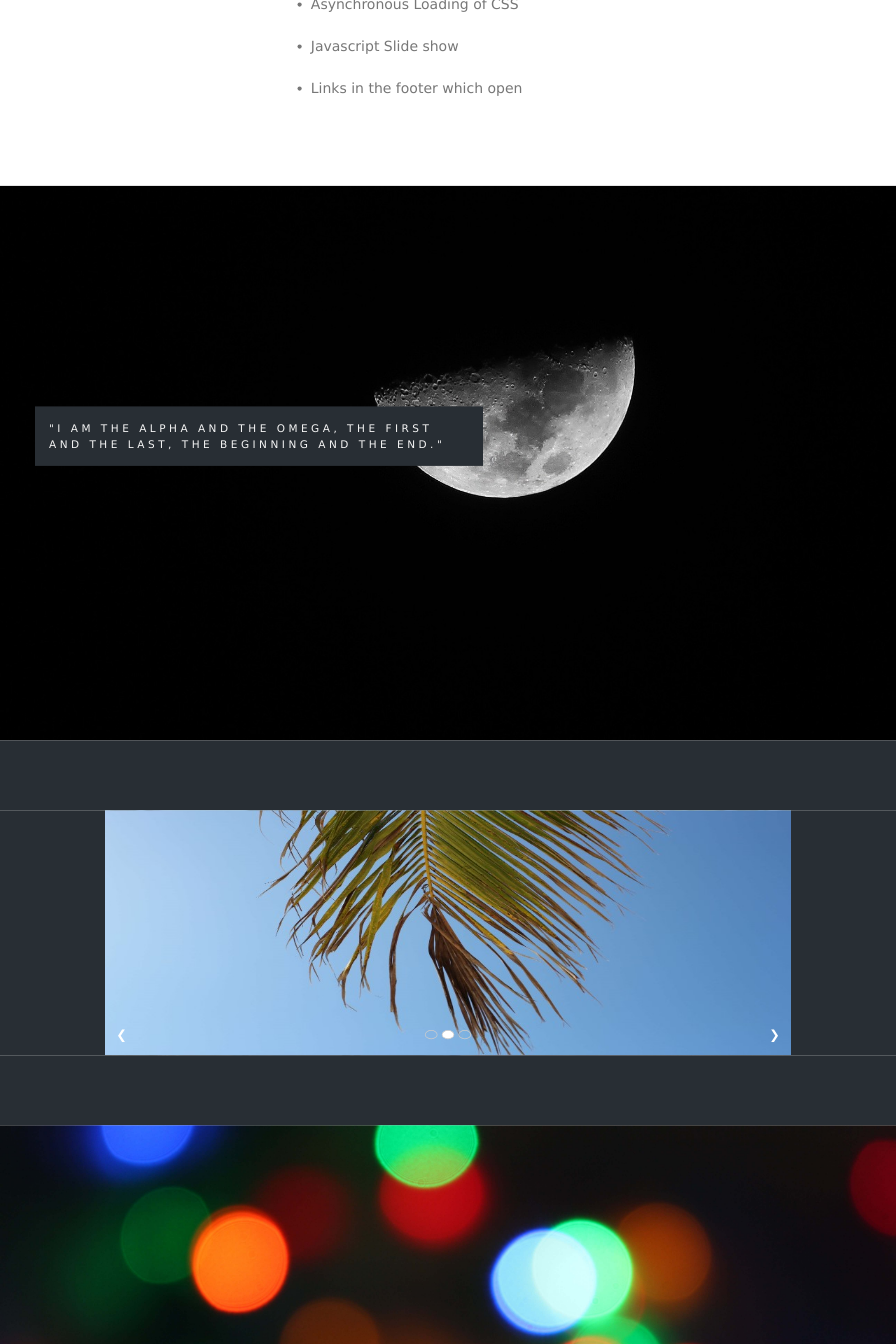
Repository: Jasondhillon/jasondhillon.github.io
Page: index.html
An editor plug-in stored every save of this project. The page is shown before and after the next save, followed by the edit.
The browser window is 1280 px wide. The pictures show the part of the page from y = 1442 to 3362 px (the page is 4111 px tall before and 4096 px after), at 70% of full size.
Backgrounds fixed to the window are drawn as part of the page.

Above is the page before, as saved 2020-04-07 17:33:13.

### index.html
<!DOCTYPE html>
<html>
<head>
  <title>Welcome</title>
  <meta name="viewport" content="width=device-width, initial-scale=1">
  <meta name="robots" content="noindex, nofollow">
  <style>
    /*Above the fold*/
      html, body{width:100%; height: 100%; font-family: 'Ubuntu', sans-serif; color: whitesmoke;}

      .parallax{
      height:110%;
      background-attachment: fixed;
      background-position: center;
      background-repeat: no-repeat;
      background-size: cover;
      z-index: -5;
      }

      .topnav {
      position: absolute;
      overflow: hidden;
      }

      .topnav a {
      float: left;
      display: block;
      color: white;
      text-align: center;
      padding: 22px 21px;
      text-decoration: none;
      text-shadow: 0px 0px 10px black;
      font-size: 20px;
      }


      .topnav a:hover {
      background-color: #ddd;
      color: black;
      text-shadow: none;
      }

      .topnav .icon {
      display: none;
      color: white;
      }

      #welcome{
      text-align: center;
      position: absolute;
      left:0;
      width:100%;
      top:40%;
    }

    /*Mobile Media Query*/
      @media screen and (max-width:770px){
        html{overflow-x: hidden}
        /*Change Parallax to use smaller images*/
        .parallax{background-attachment: scroll;}
        #parallax1{background-image: url(../img/mosaic_small.jpg) !important;}
        #parallax2{background-image: url(../img/moon4_small2.jpg) !important; }
        #parallax3{background-image: url(../img/blur_small.jpg) !important;}

        /*Change Navbar to become hamburger menu*/
        .topnav a:not(:last-child) {
            display: none;
        }

        .topnav{
            min-height:100px;
            position: relative;
        }
        .topnav a.icon {
            position: absolute;
            right: 0;
            display: block;

        }
        .topnav.responsive {
            position: relative;
        }
        .topnav.responsive .icon {
            position: absolute;
            right: 0;
            top: 0;
        }
        .topnav.responsive a {
            float: none;
            display: block;
            text-align: left;
        }
      }
  </style>
  <!-- Async Script -->
    <noscript id="deferred-styles">
      <link rel="stylesheet" type="text/css" href="css/stylesheet.css"/>
      <link rel="stylesheet" href="https://www.w3schools.com/w3css/4/w3.css">
      <link rel="stylesheet" href="https://fonts.googleapis.com/css?family=Lato">
    </noscript>
    <script>
      var loadDeferredStyles = function() {
        var addStylesNode = document.getElementById("deferred-styles");
        var replacement = document.createElement("div");
        replacement.innerHTML = addStylesNode.textContent;
        document.body.appendChild(replacement)
        addStylesNode.parentElement.removeChild(addStylesNode);
      };
      var raf = requestAnimationFrame || mozRequestAnimationFrame ||
          webkitRequestAnimationFrame || msRequestAnimationFrame;
      if (raf) raf(function() { window.setTimeout(loadDeferredStyles, 0); });
      else window.addEventListener('load', loadDeferredStyles);
    </script>

</head>

<body>
<!-- Parallax/Navbar -->
  <div id="parallax1" class="parallax" style=" z-index: 1; height:110%; background-image: url(img/mosaic.JPG);" >
    <!--p style="color:white; height:110%; z-index: -599; position: absolute;"> loading </p-->

    <nav class="topnav" id="myTopnav">
      <a href="">Home</a>
      <a href="photos/index.html">Photos</a>
      <a href="about/index.html">About</a>
      <a href="contact/index.html">Contact</a>
      <a href="alt/index.html">Alt Site</a>
      <a href="javascript:void(0);" style="font-size:25px;" class="icon" onclick="myFunction();">&#9776;</a>
  </nav>

      <script>
          function myFunction()
          {
            var temp;
            var temp2;
            clearInterval(temp);
            clearInterval(temp2);

            var x = document.getElementById("myTopnav");
            var y = document.getElementById("welcometext");

            if (x.className === "topnav")
            {
              x.className += " responsive";

              y.style.opacity = 1;
              var temp = setInterval(function()
              {
                if(y.style.opacity<= 0)
                {
                  y.style.opacity = 0;
                  clearInterval(temp);

                }
                else
                {
                  y.style.opacity-=.1;
                  console.log("subtracting");
                }
              }, 10);

            }
            else
            {
              x.className = "topnav";
              y.style.opacity = 0;
                var temp2 = setInterval(function()
                {
                  if(y.style.opacity>= 1)
                  {
                    y.style.opacity = 1;
                    clearInterval(temp2);

                  }
                  else
                  {
                    y.style.opacity = parseFloat(y.style.opacity) + .05;
                    console.log("adding");
                  }
                }, 10);

            }
          }
      </script>

    <div id="welcome">
      <p id="welcometext">welcome</p>

      <script>
      var x = document.getElementById("welcometext");
      var y = new Date().getHours();
       if(y<12) x.innerHTML = "Good Morning";
       else if(y==12) x.innerHTML = "Welcome";
       else x.innerHTML = "Good Afternoon";
      </script>
    </div>

  </div>

<!-- Quote  -->
  <div style="background-color: white; padding: 80px 50px; line-height: 30px;">
    <h1 style="text-align: center; color: #444; text-transform: uppercase;">Jason Dhillon's Portfolio </h1>
    <div >
    <p id="quote" style="text-align: center;">
      Hi there, welcome to my site, you will find various projects through the navbar at the top of the webpage.</p>
      <p id="quote">
        On this particular page of this site I am demonstrating:
      <ul id="quote">
        <li>Pure HTML/CSS/JS written without any libraries</li>
        <li> Javascript based welcome that gives a greeting based on the time of day (morning, evening, night)</li>
        <li>Parallax Effect</li>
        <li>Asynchronous Loading of CSS</li>
        <li>Javascript Slide show</li>
        <li>Links in the footer which open </li>
      </ul></p>
    </div>
  </div>

<!-- Parallax/Moon -->
  <div id="parallax2" class="parallax" style="background-image: url(img/moon4.JPG);">
    <div style="position: relative; left:50px; top:100px; width:50%;">
      <p id="moontext">
        "I am the Alpha and the Omega,
          the First and the Last,
            the Beginning and the End."</p>
      </div>
  </div>

<!-- Slide Show -->
  <div style="background-color: #282E34; height: 100px;"></div>
  <div style="background-color: #282E34;">
    <div class="w3-content w3-display-container" style="height:350px; overflow:hidden">
      <img class="mySlides" src="img/IMG_0911.JPG" style="z-Index:3">
      <img class="mySlides" src="img/IMG_0810.JPG" style="z-Index:2">
      <img class="mySlides" src="img/IMG_1858.JPG" style="z-Index:1">

    <!-- Slide Show Buttons -->
      <div class="w3-center w3-container w3-section w3-large w3-text-white w3-display-bottommiddle" style="width:100%; z-index:4;">
        <div class="w3-left w3-hover-text-khaki" onclick="plusDivs(-1)">&#10094;</div>
        <div class="w3-right w3-hover-text-khaki" onclick="plusDivs(1)">&#10095;</div>
        <span class="w3-badge demo w3-border w3-transparent w3-hover-white" onclick="currentDiv(1)"></span>
        <span class="w3-badge demo w3-border w3-transparent w3-hover-white" onclick="currentDiv(2)"></span>
        <span class="w3-badge demo w3-border w3-transparent w3-hover-white" onclick="currentDiv(3)"></span>
      </div>

      <!--Slide Show Script -->
        <script>
          var slideIndex = 0;
          var j = null;
          document.getElementsByClassName("demo")[slideIndex].className += " w3-white";
          var looper = setInterval(function(){if(j==null){showNextDivs(1+slideIndex);}}, 5000);

          function plusDivs(n) {
            if(looper!== null){
              clearInterval(looper);
              looper = null;
            }

            if(j==null){
            showNextDivs(n+slideIndex);
            }
          }
          function currentDiv(n) {
            if(looper!== null){
              clearInterval(looper);
              looper = null;
            }

            if(j==null){
              showDivs(n);
            }
          }
          //////////////////////////////////////////////////////
          function showDivs(n) {
            var prev = slideIndex;
            var next = n-1;
            var x = document.getElementsByClassName("mySlides");
            var dots = document.getElementsByClassName("demo");

            x[prev].style.zIndex = 3;

            x[next].style.zIndex = 2;

            for(var i = 0; i<x.length; i++){
              if((i!== prev) && (i!==next)){
                x[i].style.zIndex = 1;
              }

            }
              var opc = 1;
              j = setInterval(function(){
                  if (opc <= 0) {
                    x[next].style.zIndex = 3;
                    x[prev].style.zIndex = 2;
                    x[prev].style.opacity = 1;
                      clearInterval(j);
                      j=null;
                  } else {
                      opc-=.01;

                      x[prev].style.opacity = opc;
                  }
              }, 10);

              slideIndex = next;

            for (i = 0; i < dots.length; i++) {
              dots[i].className = dots[i].className.replace(" w3-white", "");
            }

            dots[next].className += " w3-white";
            x[prev].style.opacity = 1;
          }
          ////////////////////////////////////////////////////
          function showNextDivs(n) {
            var x = document.getElementsByClassName("mySlides");
            var dots = document.getElementsByClassName("demo");

            var prev = slideIndex;
            var next = n;
            if (n == -1) {next = 2}
            if (n == 3) {next = 0}
            var x = document.getElementsByClassName("mySlides");
            var dots = document.getElementsByClassName("demo");

            x[prev].style.zIndex = 3;

            x[next].style.zIndex = 2;

            for(var i = 0; i<x.length; i++){
              if((i!== prev) && (i!==next)){
                x[i].style.zIndex = 1;
              }

            }
              var opc = 1;
              j = setInterval(function(){
                  if (opc <= 0) {
                    x[next].style.zIndex = 3;
                    x[prev].style.zIndex = 2;
                    x[prev].style.opacity = 1;
                      clearInterval(j);
                      j=null;
                  } else {
                      opc-=.01;

                      x[prev].style.opacity = opc;
                  }
              }, 10);

              slideIndex = next;

            for (i = 0; i < dots.length; i++) {
              dots[i].className = dots[i].className.replace(" w3-white", "");
            }

            dots[next].className += " w3-white";
            x[prev].style.opacity = 1;

            console.log("Previous: " + prev + "\nslideIndex: " + slideIndex)
          }
        </script>

      </div>
    </div>
  </div>
  <div style="background-color: #282E34; height: 100px;"></div>


<!-- Skype Bot -->
  <span class="skype-button bubble " data-bot-id="2c2a7e41-040a-4fcd-b10a-2480ac3c488e"></span>
  <script src="https://swc.cdn.skype.com/sdk/v1/sdk.min.js"></script>

  <!-- Parallax -->
  <div id="parallax3" class="parallax" style="background-image: url(img/blur.JPG);">
  </div>

  <!-- Footer -->
  <footer class="footer">
    <table class="footer" cellspacing="0" cellpadding="0">

      <tr>
        <td>
          <p class="footer">SOCIAL</p>
          <ul class="footer">
            <li class="footer"><a  class="footer" href="https://www.facebook.com/"> <img src="img/facebook.svg" alt="" width="50px" height="50px"></li>
            <li class="footer"><a  class="footer" href="https://twitter.com/"> <img src="img/twitter.svg" alt="" width="50px" height="50px"></li>
            <li class="footer"><a class="footer" href="https://plus.google.com/+"> <img src="img/googleplus.svg" alt="" width="50px" height="50px"></li>
            <li class="footer"><a class="footer" href="https://www.instagram.com//"> <img src="img/instagram.svg" alt="" width="50px" height="50px"></li>
            <li class="footer"><a class="footer" href="https://www.youtube.com/"> <img src="img/youtube.svg" alt="" width="50px" height="50px"></li>
          </ul>
        </td>

        <!--Desktop-->
        <td id="desktop">
            <h4>You can contact me here</h4>
            <h4><img id="icon" src="img/location2.png">Orlando, FL</h4>
            <h4><img id="icon" src="img/phone2.png"><a style="color:dodgerblue" href="tel:">1-407-407-0000</h4></a></li>
            <h4><img id="icon" src="img/mail2.png"><a style="color:dodgerblue" href="mailto:">email@gmail.com</a></h4>
        </td>
      </tr>

      <!--Mobile-->
      <tr>
        <td id="mobile">
          <ul style="margin: 0 auto; width: 100%; padding: 20px;">
            <li class="footer" style="width:100%"><h4>You can contact me here</h4></li>
            <li class="footer" style="width:100%"><h4><img id="icon" src="img/location2.png">Orlando, FL</h4></li>
            <li class="footer" style="width:100%"><h4><img id="icon" src="img/phone2.png"><a style="color:dodgerblue" href="tel:">1-407-407-0000</h4></a></li>
            <li class="footer" style="width:100%"><h4><img id="icon" src="img/mail2.png"><a style="color:dodgerblue" href="mailto:">email@gmail.com</a></h4></li>
          </ul>
        </td>
      </tr>
    </table>

  </footer>

</body>
</html>

### css/stylesheet.css
html, body{width:100%; height: 100%; font-family: 'Ubuntu', sans-serif; color: whitesmoke;}
a{text-decoration: underline;}
.mySlides {display:block; position: absolute;}
.w3-left, .w3-right, .w3-badge {cursor:pointer}
.w3-badge {height:13px; width:13px; padding:0}

/*Parallax*/
    .parallax{
        height:110%;
        background-attachment: fixed;
        background-position: center;
        background-repeat: no-repeat;
        background-size: cover;
        z-index: -5;
    }

 /*Moon Text*/
    #moontext {
        position: absolute;
        top:200px;
        text-transform:uppercase;
        background-color:#282E34;
        width:100%;
        letter-spacing: 5px;
        padding: 20px;
    }

    #quote{
        text-align: left;
        width:40%; white-space:pre-line;
        margin: 0 auto;
        font-size: 20px;
        color: #777
    }

/*Navbar*/
    .topnav {
        position: absolute;
        overflow: hidden;
        }

        .topnav a {
        float: left;
        display: block;
        color: white;
        text-align: center;
        padding: 22px 21px;
        text-decoration: none;
        text-shadow: 0px 0px 10px black;
        font-size: 20px;
        }


        .topnav a:hover {
        background-color: #ddd;
        color: black;
        text-shadow: none;
        }

        .topnav .icon {
        display: none;
        color: white;
        }

        #welcome{
            text-align: center;
            position: absolute;
            left:0;
            width:100%;
            top:40%;
        }

	#welcometext{
	    opacity: 1;
	    position: absolute;
	    left: 0;
	    right: 0;
	    text-transform: uppercase;
	    background-color: #282E34;
	    width: 250px;
	    text-align: center;
	    font-size: 20px;
	    letter-spacing: 10px;
	    padding: 20px;
	    margin: 0 auto;
	}

/*Footer*/
    footer{
        width:100%;
        background-color: #111;
        text-align: center;
        padding-bottom: 50px;
    }

    p.footer{
        padding-top: 50px;
        color: white;
        font-weight: bold;
    }

    ul.footer{
        display: inline;
        list-style: none;
        padding-right: 50px;
    }
    a.footer{
        text-decoration: none;
    }
    #mobile{
        display: none;
    }
    li.footer{
	    display: inline-block;
    }
    #desktop{
        padding-right: 100px;
        padding-top:50px;
        float: right;
    }
    table.footer{
        width: 100%; table-layout: fixed
    }

/*SkypeBot iframe*/
iframe{
    background-color: #111 !important;
    width: inherit !important;
    height: 2em;
    margin: 0 !important;
}

/*Mobile Media Query*/
    @media screen and (max-width:770px){
    html{overflow-x: hidden}
    /*Change Parallax to use smaller images*/
    .parallax{background-attachment: scroll;}
    #parallax1{background-image: url(../img/mosaic_small.jpg) !important;}
    #parallax2{background-image: url(../img/moon4_small2.jpg) !important; }
    #parallax3{background-image: url(../img/blur_small.jpg) !important;}

    /*Change Navbar to become hamburger menu*/
    .topnav a:not(:last-child) {
        display: none;
    }

    .topnav{
        min-height:100px;
        position: relative;
    }
    .topnav a.icon {
        position: absolute;
        right: 0;
        display: block;

    }
    .topnav.responsive {
        position: relative;
    }
    .topnav.responsive .icon {
        position: absolute;
        right: 0;
        top: 0;
    }
    .topnav.responsive a {
        float: none;
        display: block;
        text-align: left;
    }

    /*Change the slide show to fit the screen*/
    .mySlides{
        margin-left:-150px;
    }

    /*Change footer to mobile friendly variant*/
    .footer{
        padding: 0;
    }
    ul.footer{
        padding-right:0px;
    }

    td.footer{
        padding-right:0;
    }

    #desktop{
        display:none;
    }
    #mobile{
        display:block;
    }

    table{
        width:100%;
    }

    /*Positioning fixes for mobile*/
    #moontext{
        font-size: 12px;
        top:30px;
    }

    #quote{
        width:100% !important;
    }
}
@media screen and(max-width: 1090px){
    #quote{
        width:100% !important;
    }
}

After the next save:
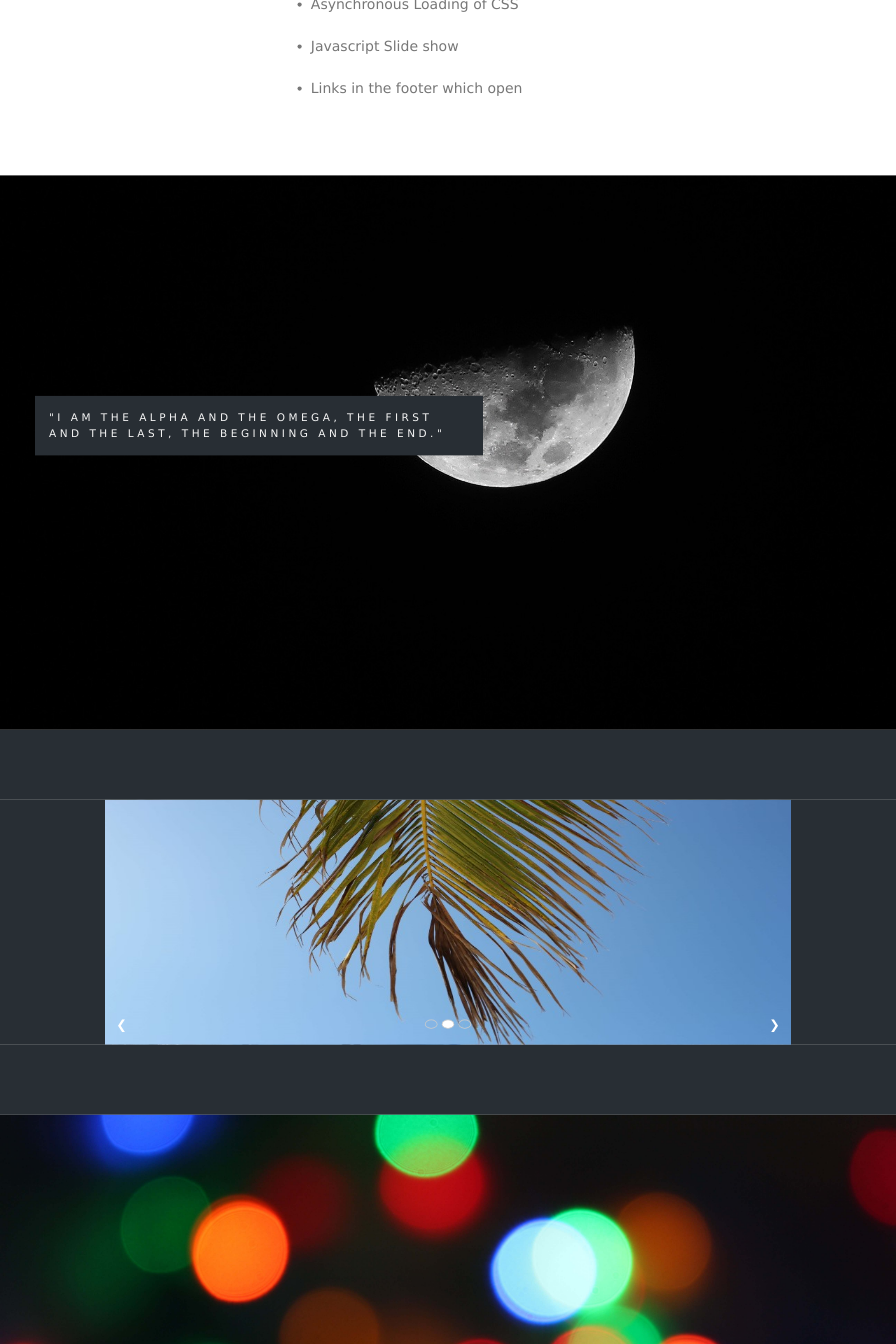
Saved 2 min 11 s later.
--- a/index.html
+++ b/index.html
@@ -204,7 +204,7 @@
     <p id="quote" style="text-align: center;">
       Hi there, welcome to my site, you will find various projects through the navbar at the top of the webpage.</p>
       <p id="quote">
-        On this particular page of this site I am demonstrating:
+        On this particular page of this site I am demonstrating:</p>
       <ul id="quote">
         <li>Pure HTML/CSS/JS written without any libraries</li>
         <li> Javascript based welcome that gives a greeting based on the time of day (morning, evening, night)</li>
@@ -212,7 +212,7 @@
         <li>Asynchronous Loading of CSS</li>
         <li>Javascript Slide show</li>
         <li>Links in the footer which open </li>
-      </ul></p>
+      </ul>
     </div>
   </div>
 
